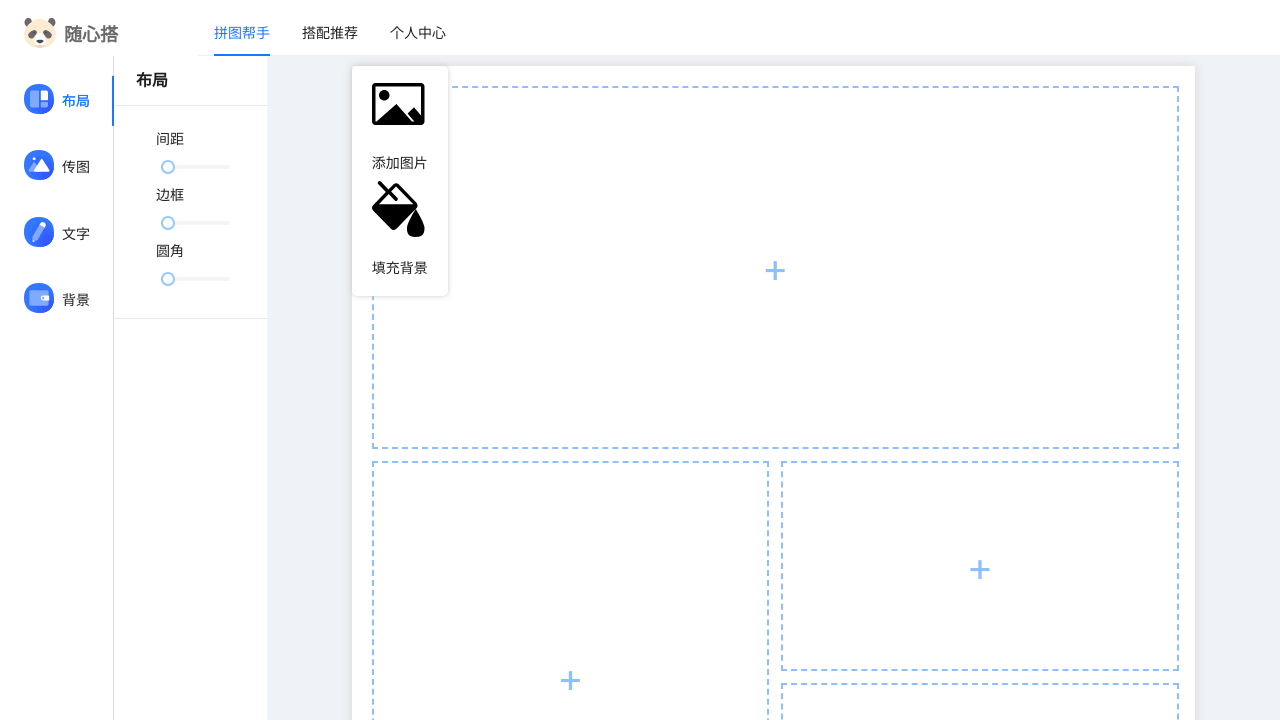
Repository: zzq1101921989/low-code
Page: /
The author's editor kept a copy of each file at every save. The page is drawn from the files as they stood at one save, then again after the next save.
The browser window is 1280 px wide. The pictures show the whole page.
The project was rebuilt for these pictures with package versions that can differ from the ones it lists, and the page was loaded fresh each time. Also part of the build but not shown: vite.config.ts, src/pages/admin/index.tsx, src/components/icon/ClothesIcon.tsx, src/components/icon/HairIcon.tsx, src/components/icon/PantsIcon.tsx, src/components/icon/ShoeIcon.tsx, src/pages/recommend/index.tsx.

Above is the page before, as saved 2023-05-10 22:40:16.

After the next save:
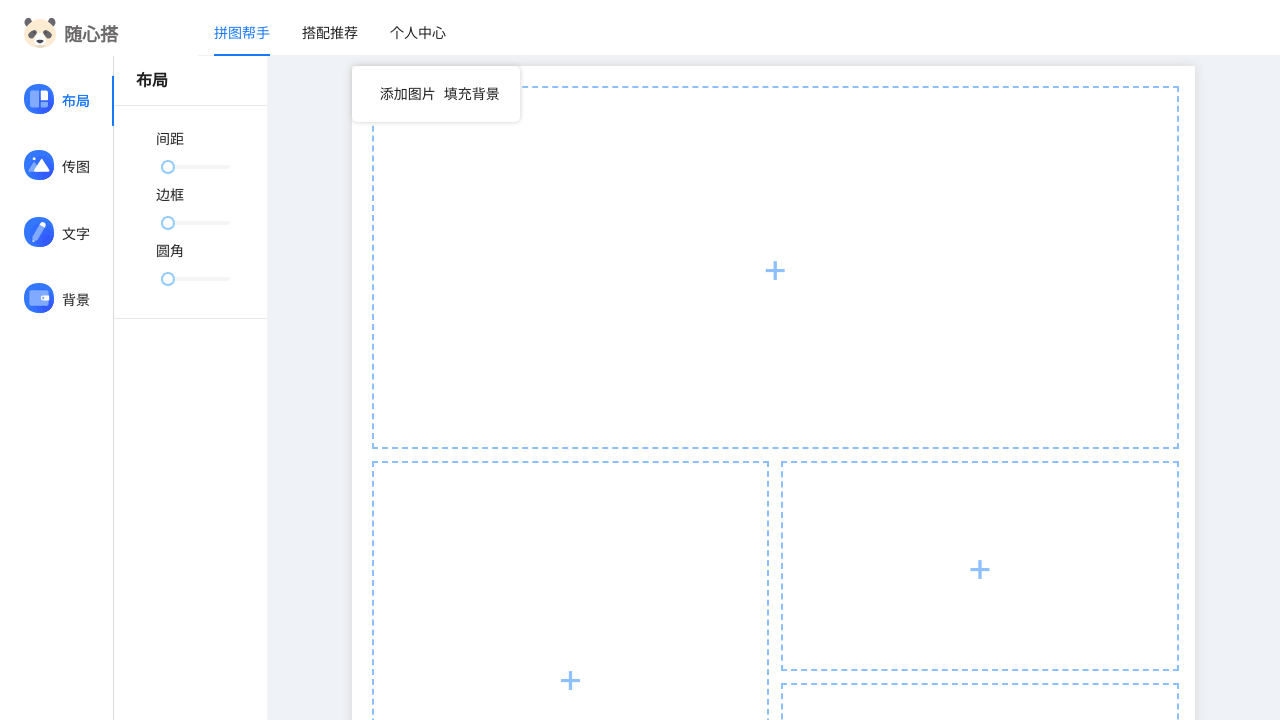
Saved 31 s later.
--- a/src/pages/home/components/contextmenu/index.tsx
+++ b/src/pages/home/components/contextmenu/index.tsx
@@ -1,3 +1,4 @@
+import { Space } from "antd";
 import { FC } from "react";
 import styles from "./index.module.less";
 
@@ -6,7 +7,7 @@ const ContextMenu: FC<ContextMenuProps> = (props) => {
   const {} = props;
   return (
     <div className={styles.contextMenu}>
-      <div className={styles.contextMenuItem}>
+      <Space className={styles.contextMenuItem}>
         <svg
           xmlns="http://www.w3.org/2000/svg"
           xmlnsXlink="http://www.w3.org/1999/xlink"
@@ -21,8 +22,8 @@ const ContextMenu: FC<ContextMenuProps> = (props) => {
           <path d="M3.5,7C2.672,7,2,6.328,2,5.5S2.672,4,3.5,4S5,4.672,5,5.5S4.328,7,3.5,7z M1,2h13c0.552,0,1,0.448,1,1v10  c0,0.552-0.448,1-1,1H1c-0.552,0-1-0.448-1-1V3C0,2.448,0.448,2,1,2z M14,11.294V3H1v10h0.297l5.687-5l4.433,5h0.661l-1.916-2.267  l1.843-1.77L14,11.294z"></path>
         </svg>
         添加图片
-      </div>
-      <div className={styles.contextMenuItem}>
+      </Space>
+      <Space className={styles.contextMenuItem}>
         <svg
           xmlns="http://www.w3.org/2000/svg"
           xmlnsXlink="http://www.w3.org/1999/xlink"
@@ -41,7 +42,7 @@ const ContextMenu: FC<ContextMenuProps> = (props) => {
           ></path>
         </svg>
         填充背景
-      </div>
+      </Space>
     </div>
   );
 };
